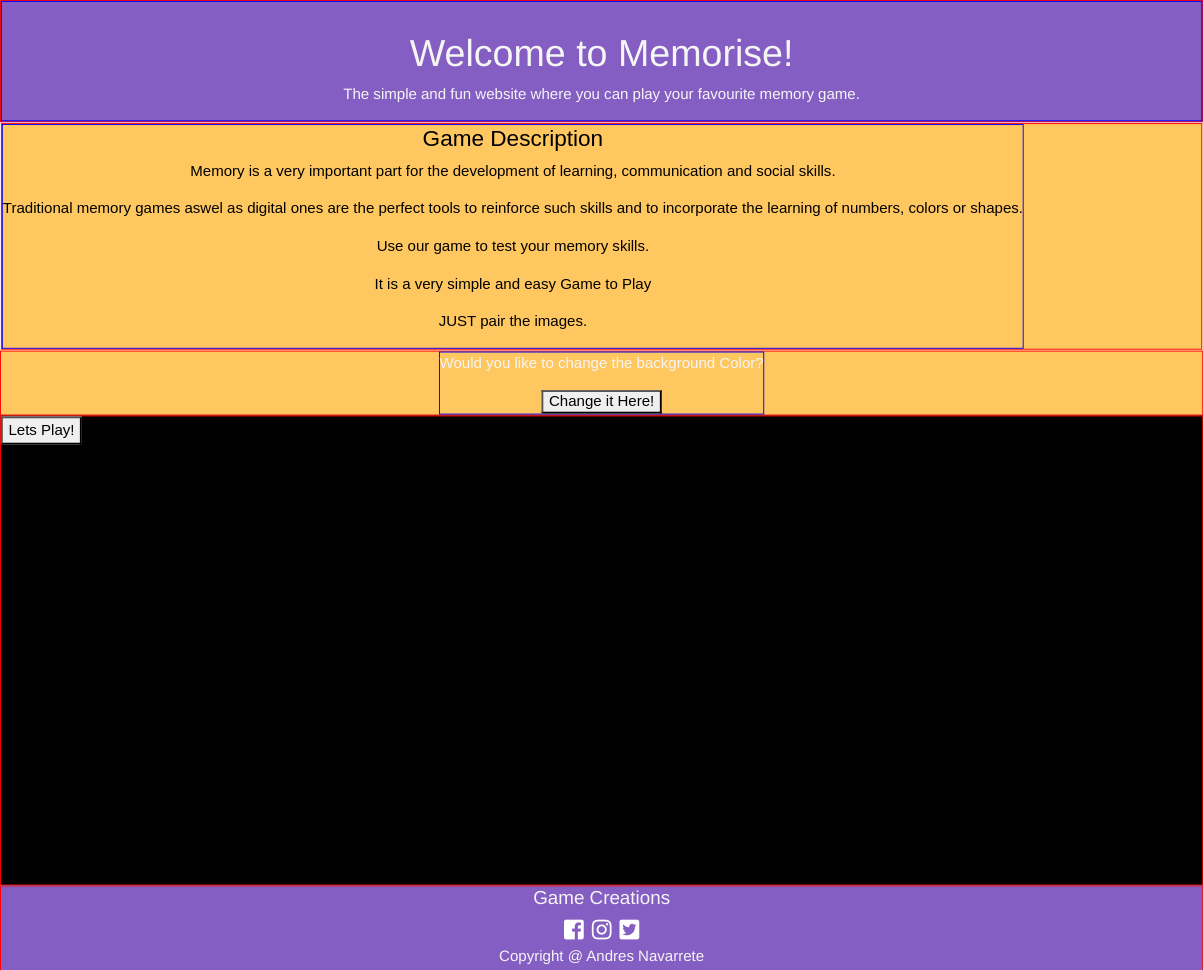
Repository: andna5980/memorise
Page: index.html
These files come from the project's save history. The page is drawn as it stood at one moment and after the next save; the edit follows.
The browser window is 1280 px wide. The pictures show the whole page, at 94% of full size.
Some web fonts or font styles are not loaded; a fallback is used. Some web libraries are served in a nearby version.

Above is the page before, as saved 2021-05-06 17:13:03.

### index.html
<!DOCTYPE html>
<html lang="en">

<head>
    <meta charset="UTF-8">
    <meta http-equiv="X-UA-Compatible" content="IE=edge">
    <meta name="viewport" content="width=device-width, initial-scale=1.0">
    <meta name="author" content="Andres Navarrete">
    <meta name="description" content="Web-based Memory Game">
    <title>MEMORISE | GAME</title>
    <link rel="stylesheet" href="https://cdn.jsdelivr.net/npm/bootstrap@4.5.3/dist/css/bootstrap.min.css"
        integrity="sha384-TX8t27EcRE3e/ihU7zmQxVncDAy5uIKz4rEkgIXeMed4M0jlfIDPvg6uqKI2xXr2" crossorigin="anonymous">
    <link rel="stylesheet" href="https://use.fontawesome.com/releases/v5.6.3/css/all.css"
        integrity="sha384-UHRtZLI+pbxtHCWp1t77Bi1L4ZtiqrqD80Kn4Z8NTSRyMA2Fd33n5dQ8lWUE00s/" crossorigin="anonymous">
    <link href="./assets/styles/style.css" rel="stylesheet">

</head>

<body>
    <header>
        <div class="test-red">
            <div class="welcome-test test-blue">
                <h1>Welcome to Memorise!</h1>
                <p>
                    The simple and fun website where you can play your favourite memory game.
                </p>

            </div>
        </div>
    </header>


    <div class="game-description row test-red">
        <div class="test-blue">
            <h4>Game Description</h4>
            <p>
                Memory is a very important part for the development of learning, communication and social skills.
            </p>
            <p>Traditional memory games aswel as digital ones are the perfect tools to reinforce such skills and to
                incorporate the learning of numbers, colors or shapes.</p>
            Use our game to test your memory skills.
            </p>
            <p>It is a very simple and easy Game to Play</p>
            <p> JUST pair the images. </p>
        </div>
    </div>



    <!---------CHANGE COLOR AREA ----->

    <div class="change-color test-red">

        <div class="test-blue">
            <p>Would you like to change the background Color?</p>
            <button id="changecolor">Change it Here!</button>
        </div>
    </div>


    <!---------GAME AREA ----->
    <div id="game-box"  class="game-area test-red">
        <div class="game-area-box ">
            <button id="letsplay">Lets Play!</button>
        </div>
    </div>


    <!---------FOOTER AREA ----->
    <footer>
        <div class="social-networks test-red">
            <h5>Game Creations</h5>

            <a href="http://facebook.com" target="_blank"><i class="fab fa-facebook-square"></i></a>

            <a href="http://instagram.com" target="_blank"><i class="fab fa-instagram"></i></a>

            <a href="http://twitter.com" target="_blank"><i class="fab fa-twitter-square"></i></a>

            <h6>Copyright @ Andres Navarrete</h6>
        </div>
    </footer>

    <script src="./assets/js/main.js"></script>
</body>

</html>

### assets/styles/style.css
@import url('https://fonts.googleapis.com/css2?family=Amatic+SC&family=Original+Surfer&display=swap');
body {
    font-family: Arial, Helvetica, sans-serif;
    color: whitesmoke;
    max-width: 2000px;
}

header {
    font-family: Original Surfer, Amatic, Helvetica;
    color: whitesmoke;
    background-color: #845EC2;
}

/*   ROWS AND COLUMM AREAS - TESTING   */

.test-red {
    border: 1px solid red
}

.test-blue {
    border: 1px solid blue;
}

/*------------------------------------------HEADER------------------------*/

.welcome-test {
    text-align: center;
    margin-top: 25px 0;
    padding-top: 30px;
}

/*----------------------------------CHANGE BACKGROUND COLOR AREA -----------------------*/

.change-color {
    background-color: #FFC75F;
    display: flex;
    justify-content: center;
    align-items: center;
}

#changecolor {
    margin: auto;
    /*margin-left: 35%;*/
    height: 25px;
    display: flex;
    justify-content: center;
    align-items: center;
}

/*----------------------------------GAME DESCRIPTION -----------------------*/

.game-description {
    margin: 1px;
    background-color: #FFC75F;
    color: black;
    text-align: center;
}

/*--------------------------------GAME AREA--------------------------------*/

#game-box {
    background-color: black;
    height: 500px;
}



.grid {
    display: flex;
    flex-wrap: wrap;
    height: 300px;
    width: 400px;
}



/*--------------------------------FOOTER--------------------------------*/

footer {
    font-family: Original Surfer, Amatic, Helvetica;
    color: whitesmoke;
    background-color: #845EC2;
    height: 90px;
    width: 100%;
    overflow: hidden;
}

.social-networks {
    text-align: center;
}

.social-networks a {
    color: white;
    margin: 1px;
    padding: 1px;
    display: inline-block;
    transition: all 0.35s ease-in-out;
    -moz-transition: all 0.35s ease-in-out;
    -webkit-transition: all 0.35s ease-in-out;
    -o-transition: all 0.35s ease-in-out;
}

.social-networks a i:hover {
    color: #F9F871;
}

.social-networks i {
    font-size: 150%;
}

### assets/js/main.js
//Colors array
let colors = ['black','blue','yellow', 'white','brown'];

//get button
let button = document.getElementById('changecolor');

//add Event
button.addEventListener('click', function(){

    //add random color
    var randomColor = colors[Math.floor(Math.random() * colors.length)]
    let container = document.getElementById('game-box')

    container.style.background = randomColor;
})

//Card Options

document.addEventListener('DOMContentLoaded', () => {

const cardArray = [
    {
        name: 'woman',
        img: 'images/wonderwoman.png'
    },
    {
        name: 'woman',
        img: 'images/wonderwoman.png'
    },
    {
        name: 'batman',
        img: 'images/batman.png'
    },
    {
        name: 'batman',
        img: 'images/batman.png'
    },
    {
        name: 'boxer',
        img: 'images/boxer.png'
    },
    {
        name: 'boxer',
        img: 'images/boxer.png'
    },
    {
        name: 'gadget',
        img: 'images/gadget.png'
    },
    {
        name: 'gadget',
        img: 'images/gadget.png'
    },
    {
        name: 'greenman',
        img: 'images/greenman.png'
    },
    {
        name: 'greenman',
        img: 'images/greenman.png'
    },
    {
        name: 'ninja',
        img: 'images/ninja.png'
    },
    {
        name: 'ninja',
        img: 'images/ninja.png'
    },

]
})

After the next save:
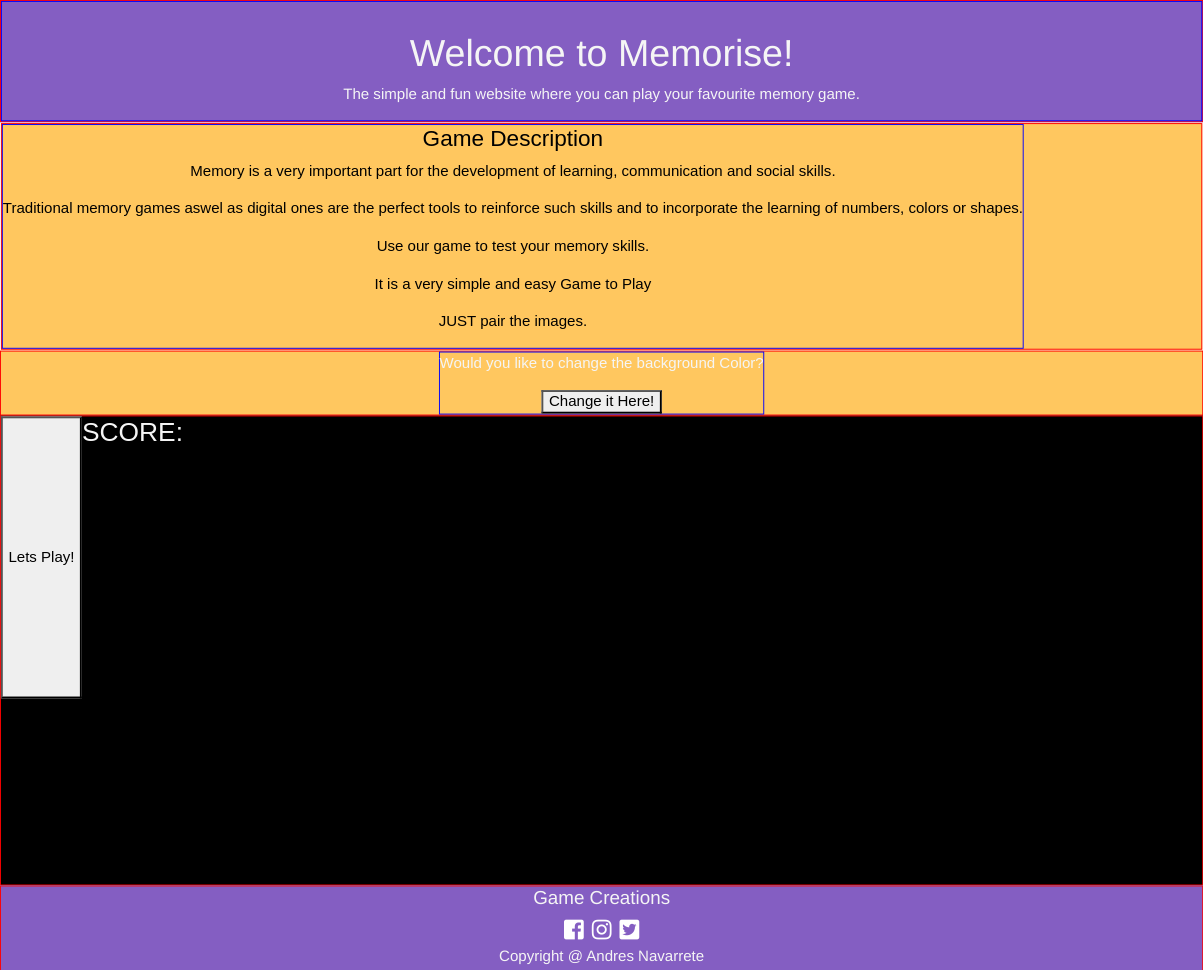
Saved 3 s later.
--- a/index.html
+++ b/index.html
@@ -60,8 +60,12 @@
 
     <!---------GAME AREA ----->
     <div id="game-box"  class="game-area test-red">
-        <div class="game-area-box ">
+        <div class="game-area-box grid">
             <button id="letsplay">Lets Play!</button>
+            <h3>SCORE:<span id="result"></span></h3>
+
+
+
         </div>
     </div>
 
